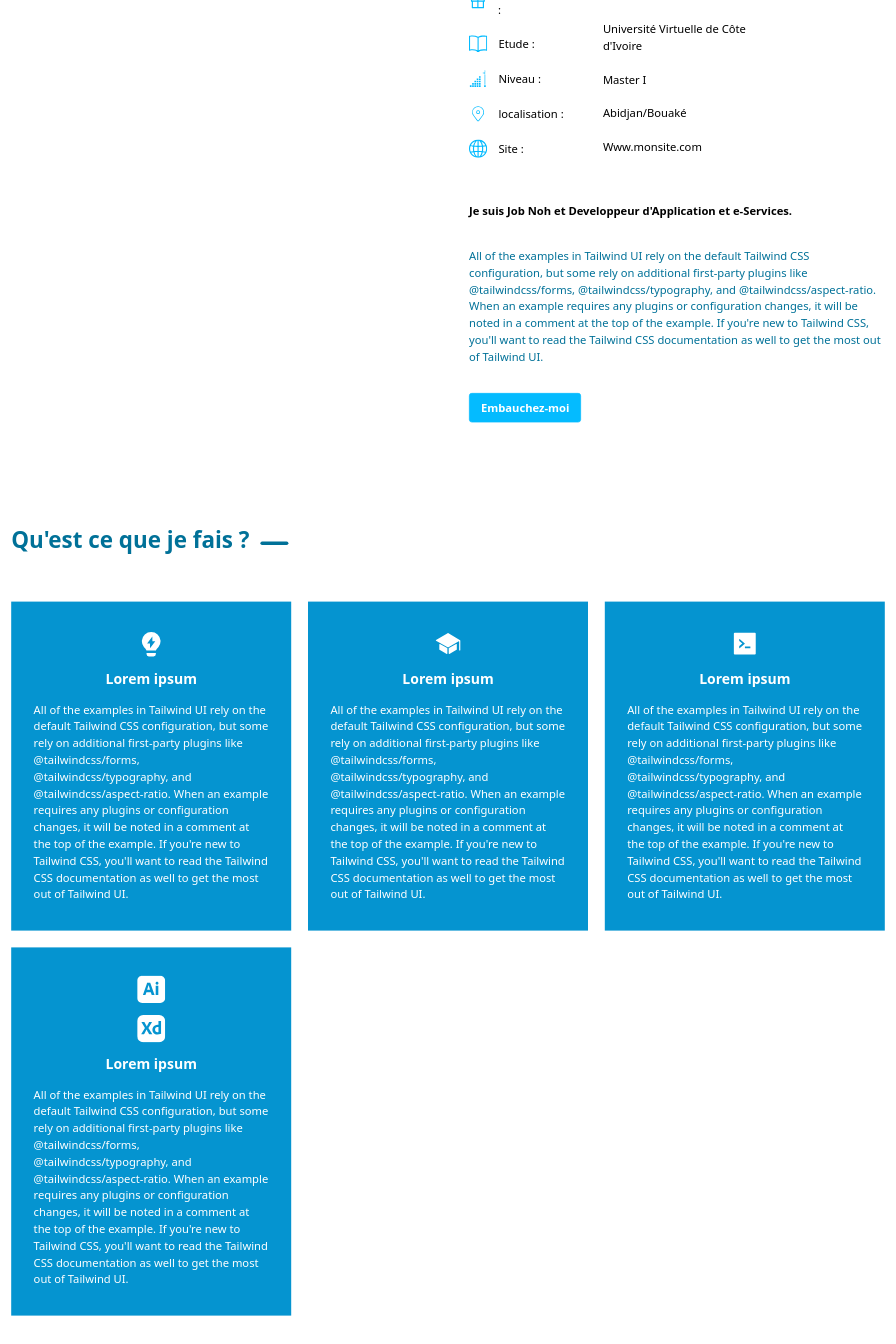
Repository: anoy1010/Nextportfolio
Page: /
These files come from the project's save history. The page is drawn as it stood at one moment and after the next save; the edit follows.
The browser window is 1280 px wide. The pictures show the part of the page from y = 958 to 2878 px (the page is 2878 px tall), at 70% of full size.
Backgrounds fixed to the window are drawn as part of the page. The project was rebuilt for these pictures with package versions that can differ from the ones it lists, and the page was loaded fresh each time. The framework's server and built-in components were replaced by stand-ins that run in the browser. Also part of the build but not shown: next.config.js, styles/Home.module.css.

Above is the page before, as saved 2023-03-06 18:42:19.

After the next save:
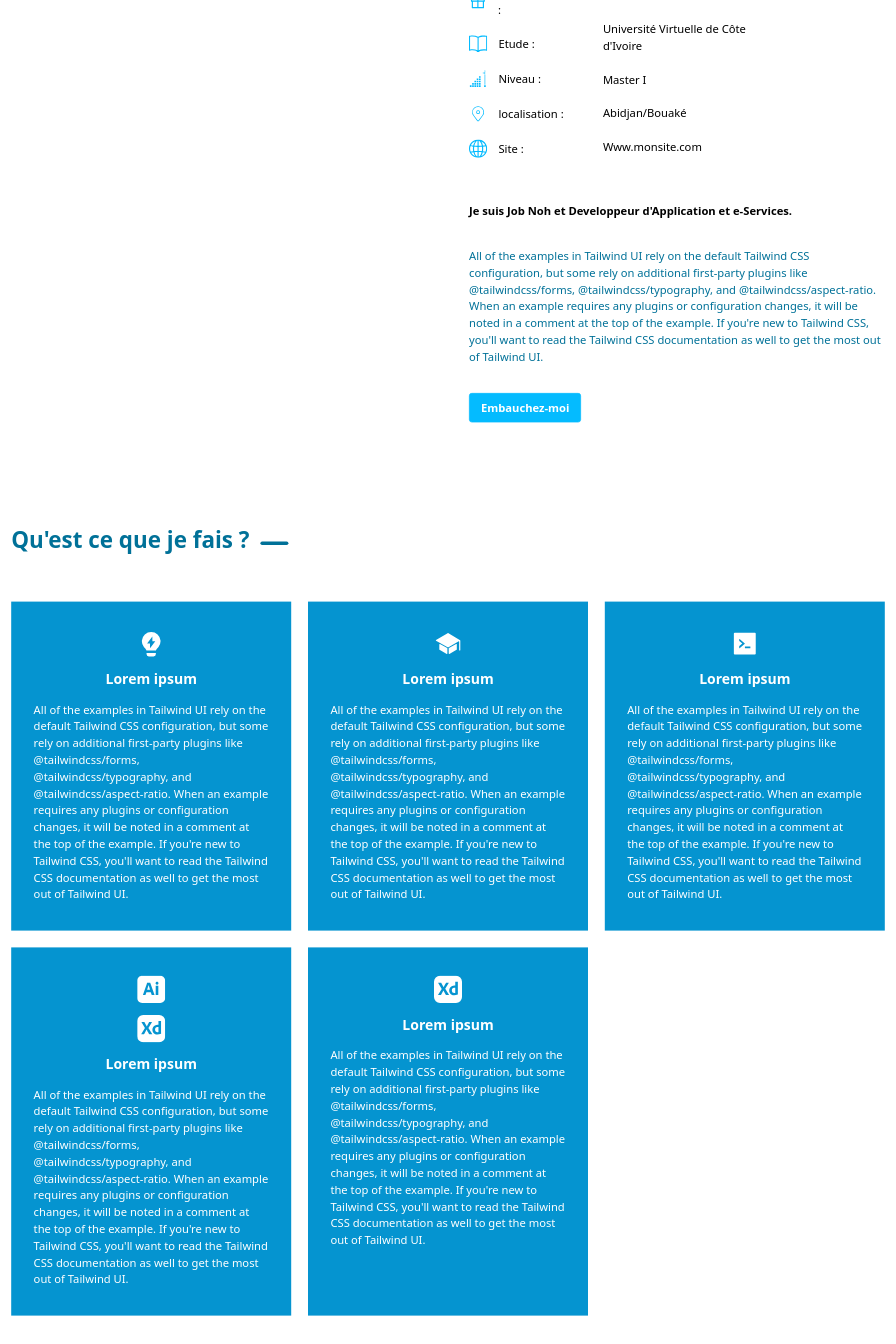
Saved 38 s later.
--- a/components/WhatIDo.js
+++ b/components/WhatIDo.js
@@ -59,6 +59,19 @@ const WhatIDo = () => {
                 </p>
 
             </div>
+
+            <div className='Shadow-lgf flex flex-col gap-4 px-8 py-10 bg-[#0594d0] text-white items-center'>
+                <SiAdobexd className=' text-[40px]   ' />
+                <h2 className='font-bold text-[20px]'>Lorem ipsum</h2>
+                <p>
+                    All of the examples in Tailwind UI rely on the default Tailwind CSS configuration, but some rely on additional first-party plugins like @tailwindcss/forms, @tailwindcss/typography, and @tailwindcss/aspect-ratio.
+
+                    When an example requires any plugins or configuration changes, it will be noted in a comment at the top of the example.
+
+                    If you're new to Tailwind CSS, you'll want to read the Tailwind CSS documentation as well to get the most out of Tailwind UI.
+                </p>
+
+            </div>
         </div>
 
     </section>
